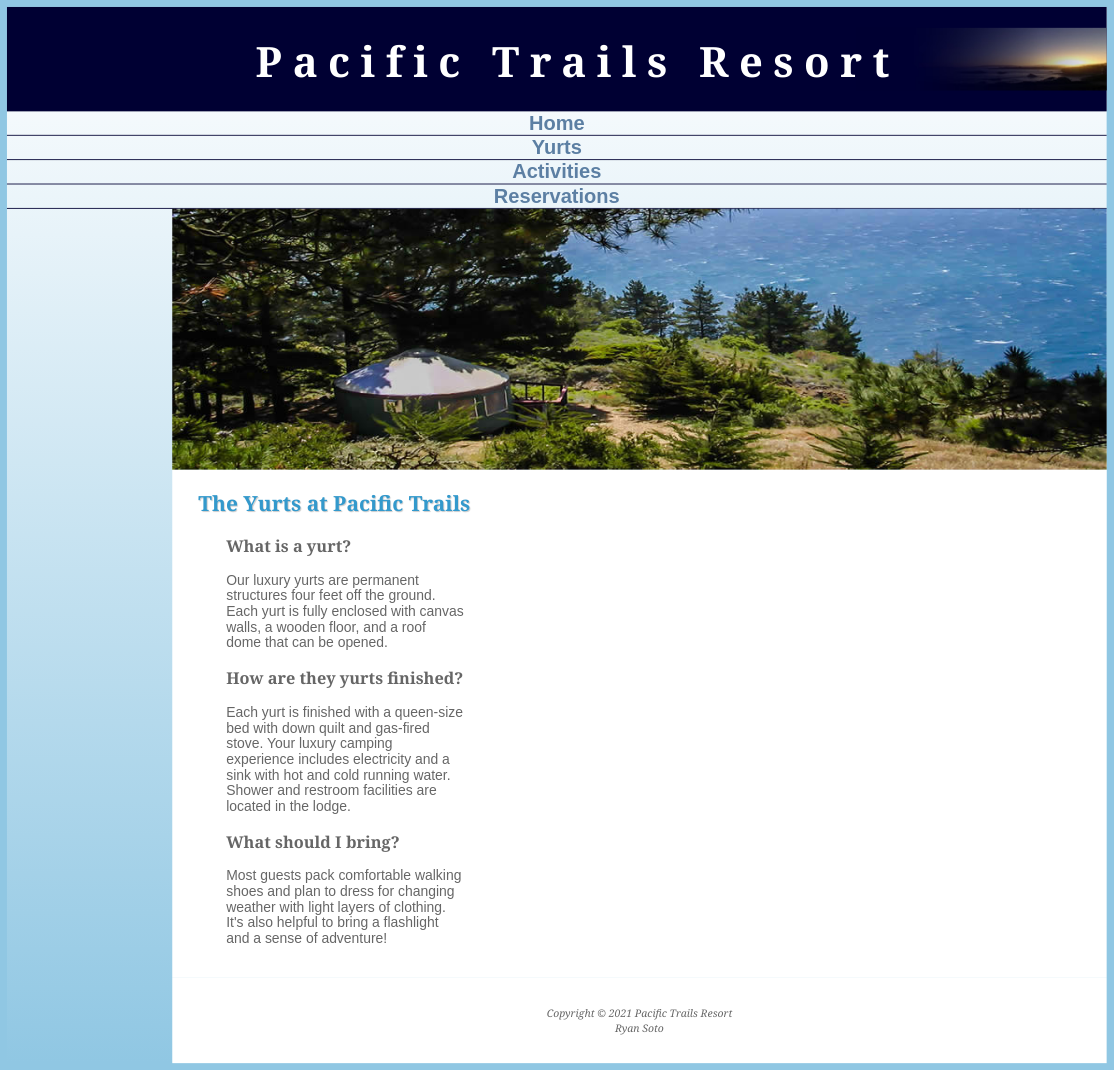
Repository: rsoto003/web-dev-152
Page: dist/assignments/chapter8/ch8pacific/yurts.html
The author's editor kept a copy of each file at every save. The page is drawn from the files as they stood at one save, then again after the next save.
The browser window is 1280 px wide. The pictures show the whole page, at 87% of full size.
Some web libraries are served in a nearby version.

Above is the page before, as saved 2021-07-25 22:13:22.

After the next save:
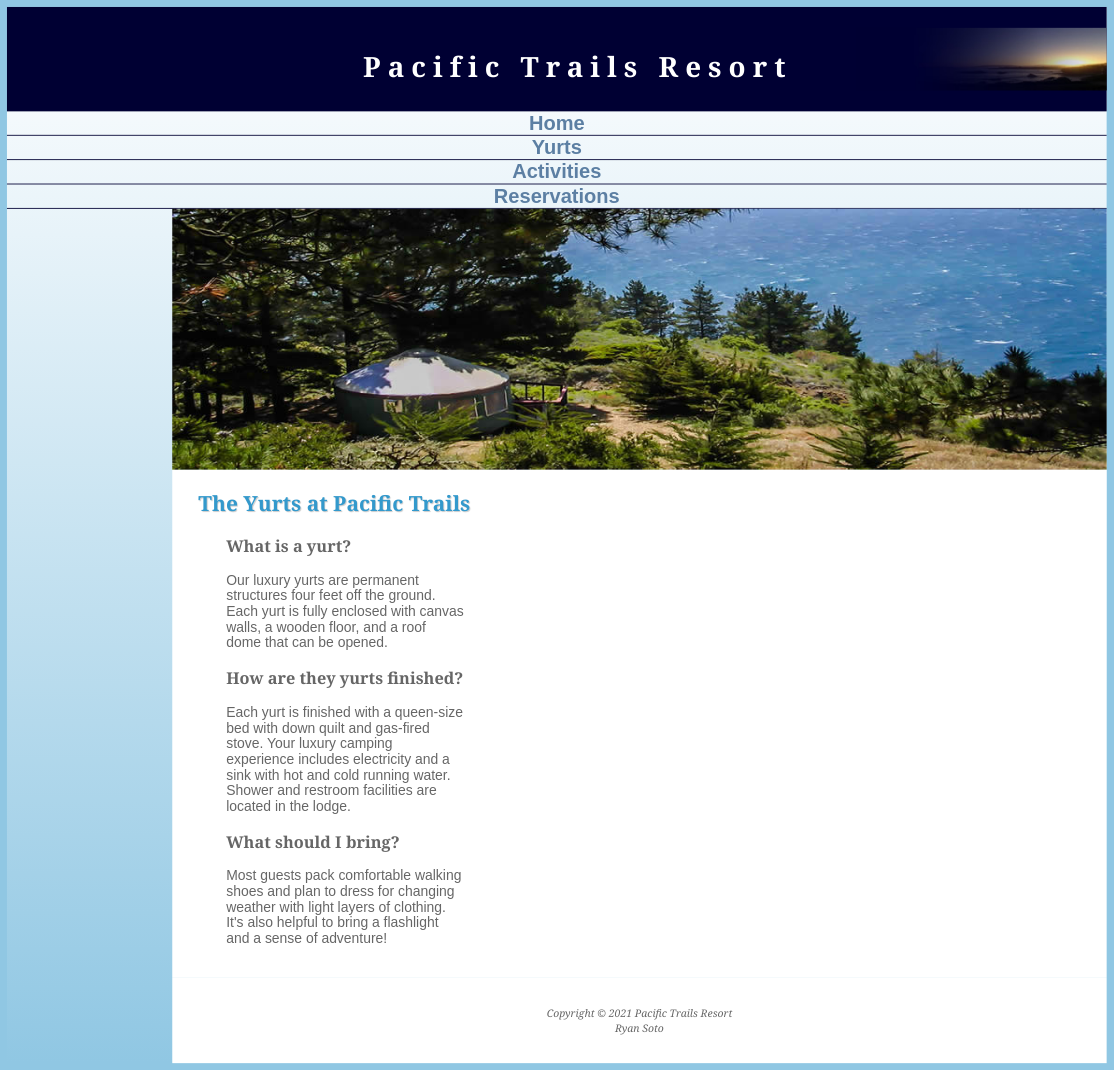
Saved 52 s later.
--- a/dist/assignments/chapter8/ch8pacific/pacific.css
+++ b/dist/assignments/chapter8/ch8pacific/pacific.css
@@ -88,7 +88,8 @@ h1, h2, h3, footer {
     font-family: Georgia, "Times New Roman", serif;
 }
 h1 {
-    font-size: 3em; /* fz3em */
+    padding-top: 0.5em;
+    padding-bottom: 0.5em;
     letter-spacing: 0.25em; /* lts.25em */
     margin-bottom: 0;
     margin-top: 0;
